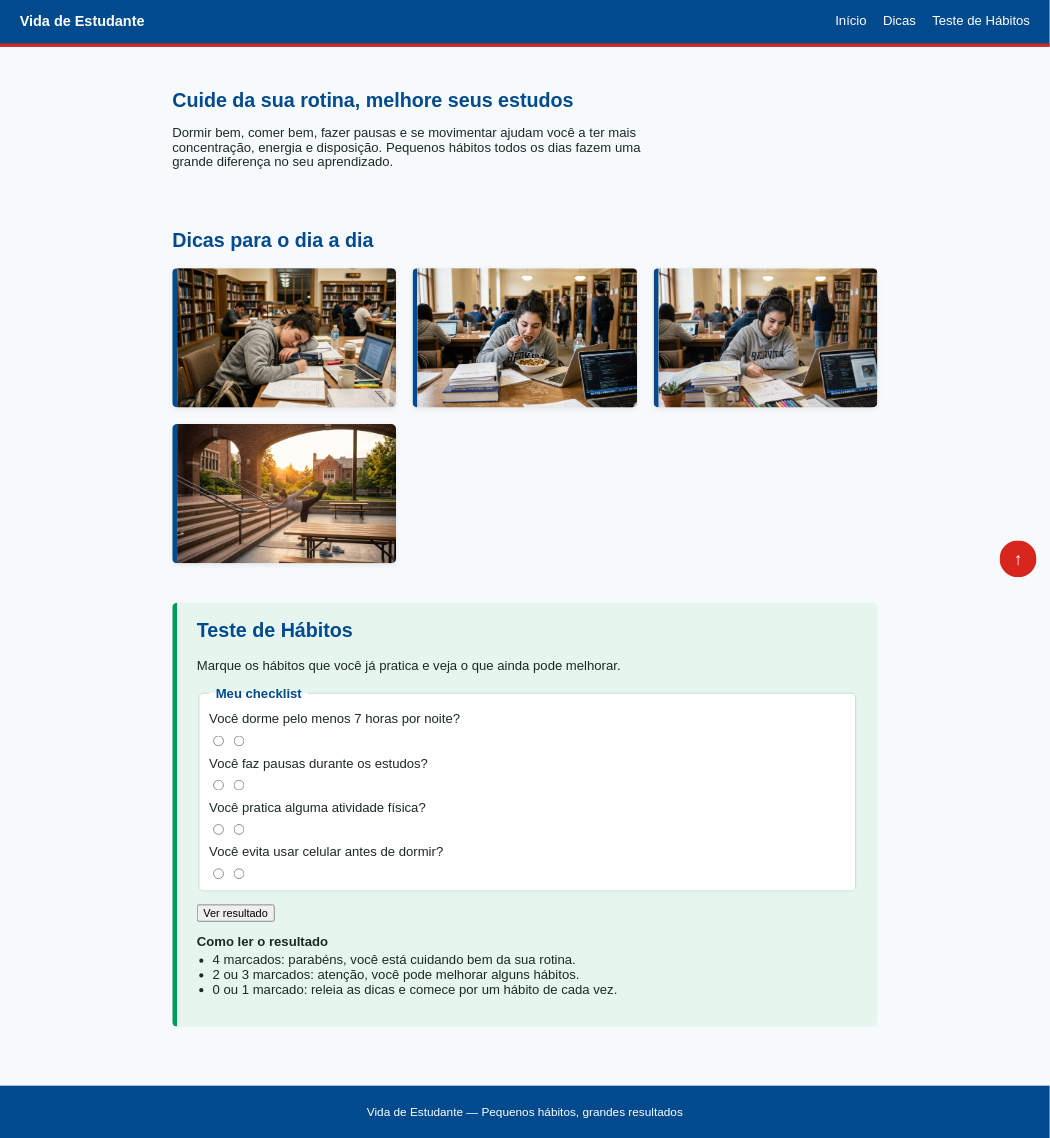
Repository: antonymsantana-design/healf-student
Page: index.html
An editor plug-in stored every save of this project. The page is shown before and after the next save, followed by the edit.
The browser window is 1280 px wide. The pictures show the whole page, at 82% of full size.

Above is the page before, as saved 2026-10-12 22:12:54.

### index.html
<!DOCTYPE html>
<html lang="pt-BR">

<head>
    <meta charset="UTF-8">
    <meta name="viewport" content="width=device-width, initial-scale=1">
    <title>Vida de Estudante: Guia de Hábitos Saudáveis</title>
    <link rel="stylesheet" href="style.css">
    <script src="script.js" defer></script>
</head>

<body>
    <header>
        <nav>
            <span class="logo">Vida de Estudante</span>
            <a href="#inicio">Início</a>
            <a href="#dicas">Dicas</a>
            <a href="#teste">Teste de Hábitos</a>
        </nav>
    </header>

    <main>
        <section id="inicio" class="abertura">
            <div class="abertura-texto">
                <h1>Cuide da sua rotina, melhore seus estudos</h1>
                <p class="intro">Dormir bem, comer bem, fazer pausas e se movimentar ajudam você a ter mais
                    concentração, energia e disposição. Pequenos hábitos todos os dias fazem uma grande diferença no
                    seu aprendizado.</p>
            </div>

        </section>

        <section id="dicas">
            <h2>Dicas para o dia a dia</h2>
            <div class="cards" id="cards">
            </div>
        </section>

        <section id="teste" class="projeto">
            <h2>Teste de Hábitos</h2>
            <p>Marque os hábitos que você já pratica e veja o que ainda pode melhorar.</p>

            <form>
                <fieldset>
                    <legend>Meu checklist</legend>

                    <label for="drm">Você dorme pelo menos 7 horas por noite?
                    </label>
                    <input type="radio" name="drm" id="drm" value="sim">
                    <input type="radio" name="drm" id="drm" value="não">

                    <label for="ps">Você faz pausas durante os estudos?

                    </label>
                    <input type="radio" name="ps" id="ps" value="sim">
                    <input type="radio" name="ps" id="ps" value="não">

                    <label for="fs">Você pratica alguma atividade física?

                    </label>
                    <input type="radio" name="fs" id="fs" value="sim">
                    <input type="radio" name="fs" id="fs" value="não">

                    <label for="cl">Você evita usar celular antes de dormir?

                    </label>
                    <input type="radio" name="cl" id="cl" value="sim">
                    <input type="radio" name="cl" id="cl" value="não">

                </fieldset>

                <button id="btn"></button>
            </form>
            <p id="a"></p>
            <h3>Como ler o resultado</h3>
            <ul>
                <li>4 marcados: parabéns, você está cuidando bem da sua rotina.</li>
                <li>2 ou 3 marcados: atenção, você pode melhorar alguns hábitos.</li>
                <li>0 ou 1 marcado: releia as dicas e comece por um hábito de cada vez.</li>
            </ul>
        </section>
    </main>

    <a href="#inicio" class="topo" aria-label="Voltar ao topo">↑</a>

    <footer>
        Vida de Estudante — Pequenos hábitos, grandes resultados
    </footer>
</body>

</html>

### style.css
* {
    box-sizing: border-box;
}


body {
    margin: 0;
    font-family: Arial, Helvetica, sans-serif, cursive;
    color: #1d2a22;
    background: #f7fafc;
}

header {
    background: #004a8d;
    color: #fff;
    padding: 1rem 1.5rem;
    border-bottom: 4px solid #d7261e;;
    top: 0;
}

nav {
    display: flex;
    gap: 1.25rem;
    flex-wrap: wrap;
    align-items: center;
}

.logo {
    font-weight: bold;
    font-size: 1.1rem;
    margin-right: auto;
}

nav a {
    color: #fff;
    text-decoration: none;
    padding-bottom: 2px;
}

nav a:hover {
    font-weight: bold;
    border-bottom: 2px solid #fff;
    transform: translateY(-2px);
    transition: 0.2s;
}

main {
    max-width: 900px;
    margin: 0 auto;
    padding: 2rem 1.25rem 3rem;
}

h1 {
    color: #004a8d;
    margin-bottom: .25rem;
}

h2 {
    color: #004a8d;
}

.abertura {
    display: flex;
    align-items: center;
    gap: 2rem;
    margin-bottom: 3rem;
}

.abertura-texto {
    flex: 1;
}

.intro {
    max-width: 65ch;
    margin-bottom: 1.5rem;
}

.ilustracao {
    width: 220px;
}

.botao {
    display: inline-block;
    background: #00995d;
    color: #fff;
    border: none;
    border-radius: 6px;
    padding: .7rem 1.2rem;
    font-size: 1rem;
    cursor: pointer;
}

.botao:hover {
    background: #004a8d;
    transition: 0.2s;
}

.cards {
    display: grid;
    grid-template-columns: repeat(auto-fit, minmax(250px, 1fr));
    gap: 1.25rem;
    margin-bottom: 3rem;
}

.card {
    background: #fff;
    border-left: 6px solid #004a8d;
    border-radius: 6px;
    padding: 1.25rem 1.5rem;
    box-shadow: 0 2px 6px rgba(0, 0, 0, 0.08);
    transition: transform 0.2s, box-shadow 0.2s;
    height: 170px;

}


.card:hover {
    background-image: none !important;
    background-color: #e6f5ee !important;
    transform: translateY(-6px);
    box-shadow: 0 8px 16px rgba(0, 0, 0, 0.15);
    color: #1d2a22;
}

.card:hover h3,
.card:hover p {
    opacity: 1;
}

.card h3 {
    margin: .5rem 0 .25rem;
    color: #004a8d;
    opacity: 0;
    transition: opacity 0.2s;
}

.card p {
    opacity: 0;
    margin: 0;
    line-height: 1.4;
    transition: opacity 0.2s;
}

.icone {
    font-size: 2rem;
}

.projeto {
    background: #e6f5ee;
    border-left: 6px solid #00995d;
    border-radius: 6px;
    padding: 1.25rem 1.5rem;
    margin-bottom: 1.5rem;
}

.projeto h2 {
    margin-top: 0;
}

.projeto h3 {
    margin-bottom: .25rem;
    font-size: 1rem;
}

.projeto ul {
    margin-top: 0;
    padding-left: 1.2rem;
}

fieldset {
    border: 1px solid #b6d9c7;
    border-radius: 6px;
    margin-bottom: 1rem;
    background: #fff;
}

legend {
    font-weight: bold;
    color: #004a8d;
    padding: 0 .5rem;
}

fieldset label {
    display: block;
    margin: .5rem 0;
    cursor: pointer;
}

.topo {
    position: fixed;
    right: 1rem;
    bottom: 1rem;
    background: #d7261e;
    color: #fff;
    text-decoration: none;
    width: 2.8rem;
    height: 2.8rem;
    border-radius: 50%;
    display: flex;
    align-items: center;
    justify-content: center;
    font-size: 1.3rem;
}

footer {
    text-align: center;
    padding: 1.5rem;
    font-size: .9rem;
    color: #fff;
    background: #004a8d;
}

@media (max-width: 600px) {
    .abertura {
        flex-direction: column-reverse;
        text-align: center;
    }

    .ilustracao {
        width: 160px;
    }

    nav {
        gap: .75rem;
    }

    .logo {
        width: 100%;
    }

}

### script.js
const titleCard = ["Sono", "Alimentação", "Estudos", "Atividade Fisica"];
const pTitleCard = [
  "Dormir de 7 a 9 horas melhora a concentração e a memória.",
  "Uma alimentação saudável ajuda a manter o corpo e a mente em equilíbrio.",
  "Estabelecer uma rotina de estudos aumenta a produtividade e o aprendizado.",
  "Praticar atividade física regularmente melhora a saúde mental e física.",
];

const crdImage = [
  "./images/dormir.jpg",
  "./images/comer.jpg",
  "./images/estudar.jpg",
  "./images/exercicio.jpg",
];

const cardArea = document.getElementById("cards");

function createCard() {
  for (let i = 0; i < pTitleCard.length; i++) {
    cardArea.innerHTML += `<article class="card sono" id="card"  style="background-image: url('${crdImage[i]}'); background-size: cover; background-position: center;">
                    <h3 id="TC">${titleCard[i]}</h3>
                    <p id="PTC">${pTitleCard[i]}</p>
                </article>`;
  }
}

createCard();

const btn = document.getElementById("btn");
const a = document.getElementById("a");

btn.innerHTML = "Ver resultado";
btn.addEventListener("click", function (event) {
  event.preventDefault();
  const drm = document.querySelector('input[name="drm"]:checked');
  const ps = document.querySelector('input[name="ps"]:checked');
  const fs = document.querySelector('input[name="fs"]:checked');
  const cl = document.querySelector('input[name="cl"]:checked');
  if (drm == null || ps == null || fs == null || cl == null) {
    a.innerHTML = "Responda todas as perguntas!";
  } else if (
    drm.value == "sim" &&
    ps.value == "sim" &&
    fs.value == "sim" &&
    cl.value == "sim"
  ) {
    a.innerHTML = "Parabéns! Seus hábitos estão bons!";
  } else {
    a.innerHTML = "Você precisa melhorar alguns hábitos!";
  }
});

After the next save:
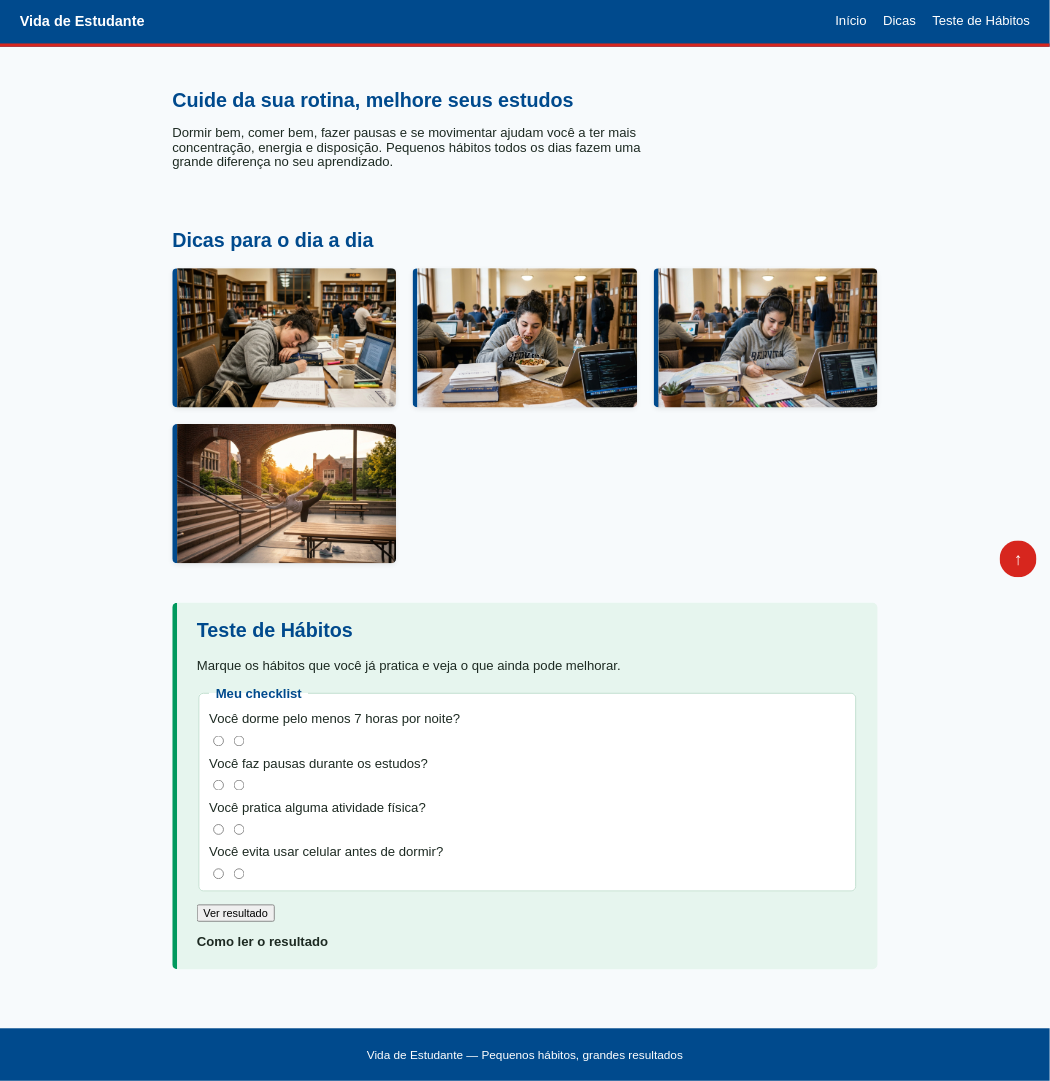
Saved 9 min 27 s later.
--- a/index.html
+++ b/index.html
@@ -73,11 +73,7 @@
             </form>
             <p id="a"></p>
             <h3>Como ler o resultado</h3>
-            <ul>
-                <li>4 marcados: parabéns, você está cuidando bem da sua rotina.</li>
-                <li>2 ou 3 marcados: atenção, você pode melhorar alguns hábitos.</li>
-                <li>0 ou 1 marcado: releia as dicas e comece por um hábito de cada vez.</li>
-            </ul>
+
         </section>
     </main>
 
